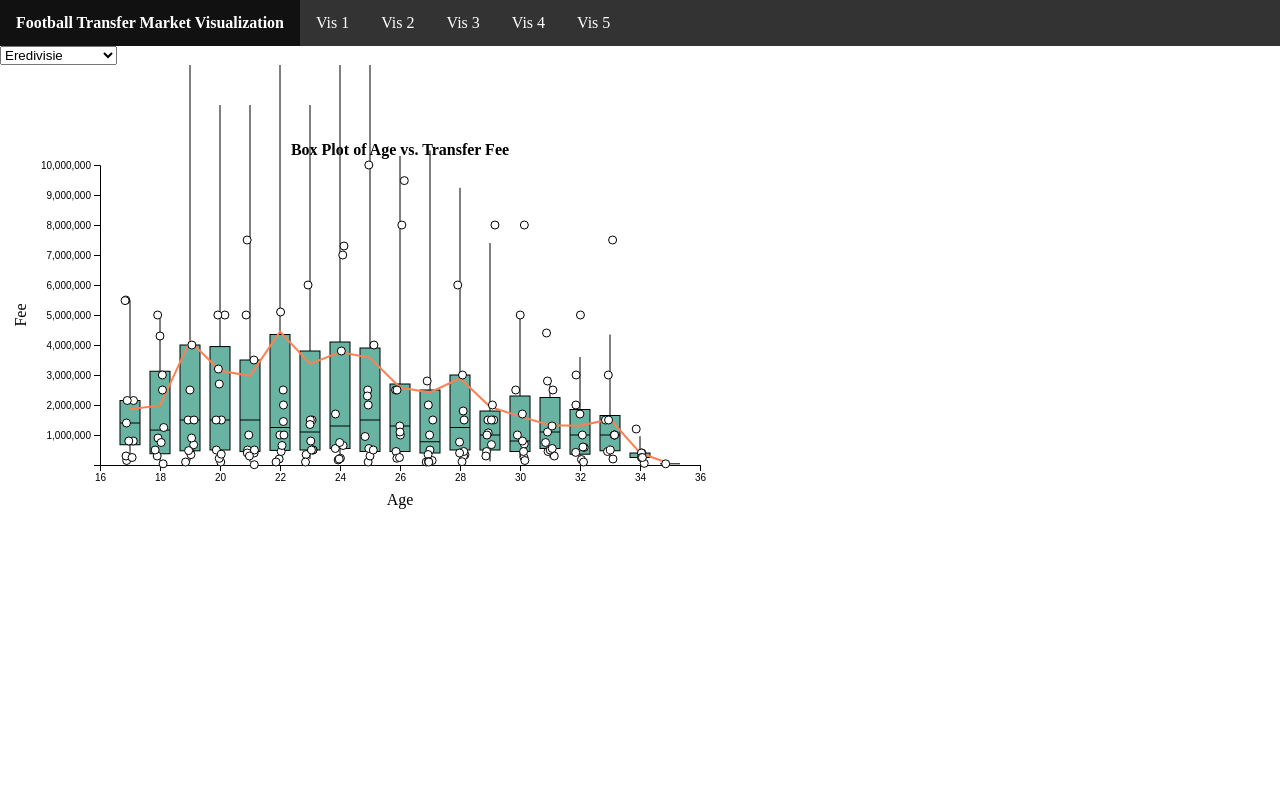
Repository: cedricshan/Football-Transfer-Market-Visualization
Page: dashboard/BoxPlot.html
These files come from the project's save history. The page is drawn as it stood at one moment and after the next save; the edit follows.
The browser window is 1280 px wide. The pictures show the whole page.

Above is the page before, as saved 2023-10-18 22:09:33.

### dashboard/BoxPlot.html
<!DOCTYPE html>
<html lang="en">

<head>
    <meta charset="UTF-8">
    <link rel="stylesheet" href="CSS/main.css">
    <link rel="icon" href="favicon.ico" mce_href="favicon.ico" type="image/x-icon">
    <link rel="shortcut icon" href="favicon.ico" mce_href="favicon.ico" type="image/x-icon">
    <title>Football Transfer Vis</title>
    <script type="text/javascript" src="d3.v7.js"></script>
</head>

<body>
    <ul>
        <li><a href="dashboard.html"><b>Football Transfer Market Visualization</b></a></li>
        <li><a href="network.html">Vis 1</a></li>
        <li><a href="chord.html">Vis 2</a></li>
        <li><a href="Position_interactive.html">Vis 3</a></li>
        <li><a href="LineChart.html">Vis 4</a></li>
        <li><a href="BoxPlot.html">Vis 5</a></li>
    </ul>
    <select id="csv-select">
        <option value="processed_eredivisie.csv">Eredivisie</option>
        <option value="processed_premier-league.csv">Premier League</option>
        <option value="processed_1-bundesliga.csv">Bundesliga</option>
        <option value="processed_liga-nos.csv">Liga Portugal</option>
        <option value="processed_ligue-1.csv">Ligue 1</option>
        <option value="processed_primera-division.csv">LaLiga</option>
        <option value="processed_1-bundesliga.csv">Serie A</option>
    </select>

    <script type="text/javascript" , src="BoxPlot.js"> </script>
</body>

</html>

### dashboard/CSS/main.css
html,
body {
    margin: 0;
    height: 100%;
}
ul {
    list-style-type: none;
    margin: 0;
    padding: 0;
    overflow: hidden;
    background-color: #333;
}

li {
    float: left;
}

li a {
    display: block;
    color: white;
    text-align: center;
    padding: 14px 16px;
    text-decoration: none;
}

li a:hover {
    background-color: #111;
}

#timeline {
    width: 70%;
    margin: auto;
    padding: 20px 0 0 0;
}

.tooltip {
    position: absolute;
    pointer-events: none;
    height: 35px;
    padding: 8px;
    border-radius: 8px;
    background-color: white;
    font-size: .8em;
    text-align: center;
}

#selectContainer {
    position: absolute;
    top: 50;
    left: 0;
    width: 100%;
    background-color: #ffffff;
    /* Background color for the container */
    padding: 10px;
    /* Adjust the padding as needed */
}

### dashboard/BoxPlot.js

var parseDate = d3.timeParse("%B");
const margin = {top: 20, right: 20, bottom: 40, left: 40};
document.getElementById("csv-select").addEventListener("change", function() {
    loadAndVisualizeData(this.value);
});

function loadAndVisualizeData(filename) {

    d3.select("#chartSVG").remove();

    var svg = d3.select('body')
        .append('svg')
        .attr('id', 'chartSVG')
        .attr('height', '100%')
        .attr('width', '100%');

    d3.csv(filename)
    .then(data => {
        return data.map(d => {
            return {
                Fee: Number(d.Fee),
                Age: Number(d.Age)
            };
        });
    })
    .then(processedData => {
        var height = 300;
        var width = 600;
        var maxFee = d3.max(processedData, function (d) { return d.Fee; });
        var minFee = d3.min(processedData, function (d) { return d.Fee; });
        var minAge= d3.min(processedData,function (d) { return d.Age; })
        var maxAge= d3.max(processedData,function (d) { return d.Age; })
        const meanFee = d3.mean(processedData, d => d.Fee);

            // Group data by Age
        const groupedData = d3.group(processedData, d => d.Age);

        // Compute statistics for each group
        const sumstat = Array.from(d3.rollup(
            processedData,
            group => {
                const fees = group.map(d => +d.Fee).sort(d3.ascending);

                const q1 = d3.quantile(fees, 0.25);
                const median = d3.quantile(fees, 0.5);
                const q3 = d3.quantile(fees, 0.75);
                const top = d3.quantile(fees, 0.05);
                const bottom = d3.quantile(fees, 0.95);
                const interQuantileRange = q3 - q1;
                const min = 0;
                const max = q3 + 1.5 * interQuantileRange;
                const avg= d3.mean(fees);
                return { q1, median, q3, interQuantileRange, min, max, avg,top ,bottom };

            },
            d => d.Age
        )).map(([key, value]) => ({ key, value }));

        function selectRandomTenPoints(data) {
            const sampledData = [];
            for (const [age, values] of groupedData) {
                // Filter out values with Fee over 10,000,000
                const filteredValues = values.filter(d => d.Fee <= 10000000);

                const shuffled = [...filteredValues].sort(() => 0.5 - Math.random());
                const selected = shuffled.slice(0, 10);
                sampledData.push(...selected);
            }
            return sampledData;
        }


        const sampleDataForPlotting = selectRandomTenPoints(processedData);

        const sortedData = sumstat.sort((a, b) => d3.ascending(a.key, b.key));

        console.log(sortedData);

        console.log(maxFee);
        console.log(maxAge);
        console.log(minAge);

        const x = d3.scaleLinear()
            .domain([d3.min(processedData, d => d.Age)-1, d3.max(processedData, d => d.Age)+1])
            .range([0, width]);

        const y = d3.scaleLinear()
            .domain([d3.min(processedData, d => d.Fee), 10000000])
            .range([height, 0]);


        var chartGroup=svg
        .append('g')
        .attr('transform','translate(100,100)');

        chartGroup.append("g")
        .attr("transform", `translate(0, ${height})`)
        .call(d3.axisBottom(x));

        chartGroup.append("g")
        .call(d3.axisLeft(y))



        chartGroup.append("text")
            .attr("transform", `translate(${width / 2}, ${height + margin.top + 20})`)
            .style("text-anchor", "middle")
            .text("Age");

        chartGroup.append("text")
            .attr("transform", "rotate(-90)")
            .attr("y", 0 - margin.left-50)
            .attr("x", 0 - (height / 2))
            .attr("dy", "1em")
            .style("text-anchor", "middle")
            .text("Fee");

        chartGroup
            .selectAll("vertLines")
            .data(sumstat)
            .enter()
            .append("line")
            .attr("x1", function(d){return(x(d.key))})
            .attr("x2", function(d){return(x(d.key))})
            .attr("y1", function(d){return(y(d.value.bottom))})
            .attr("y2", function(d){return(y(d.value.top))})
            .attr("stroke", "black")
            .style("width", 40)



        chartGroup
            .selectAll("Lines")
            .data(sumstat)
            .enter()
            .append("line")
            .attr("x1", function(d){return(x(d.key))})
            .attr("x2", function(d){return(x(d.key))})
            .attr("y1", function(d){return(y(d.value.avg))})
            .attr("y2", function(d){return(y(d.value.avg))})
            .attr("stroke", "black")
            .style("width", 40)

        var tooltip = chartGroup.append("g")
        .attr("class", "tooltip")
        .style("display", "none");

        tooltip.append("rect")
            .attr("width", 150)
            .attr("height", 50)
            .attr("fill", "white")
            .style("opacity", 0.8);

        tooltip.append("text")
            .attr("x", 5)
            .attr("dy", "1.2em")
            .style("text-anchor", "start")
            .attr("font-size", "12px")
            .attr("font-family", "sans-serif");

        var boxWidth = 20
        var highlightedBox = chartGroup.select(null);
        chartGroup
            .selectAll("boxes")
            .data(sumstat)
            .enter()
            .append("rect")
                .attr("x", function(d){return(x(d.key)-boxWidth/2)})
                .attr("y", function(d){return(y(d.value.q3))})
                .attr("height", function(d){return(y(d.value.q1)-y(d.value.q3))})
                .attr("width", boxWidth )
                .attr("stroke", "black")
                .style("fill", "#69b3a2")
                .on("click",function(d) {
                    // Recolor the last clicked rect.
                    highlightedBox.style("fill", "#69b3a2")
                    // Color the new one:
                    highlightedBox = d3.select(this);
                    highlightedBox.style("fill","steelblue");
                })
            .on("click", function(event, d) {
                highlightedBox.style("fill", "#69b3a2");

                highlightedBox = d3.select(this);
                highlightedBox.style("fill", "steelblue");

                tooltip
                    .attr("transform", `translate(${x(d.key) + 5}, ${y(d.value.q3) - 50})`)
                    .style("display", null);

                tooltip.select("text")
                    .text(`Age: ${d.key}`)
                    .append("tspan")
                    .attr("x", 5)
                    .attr("dy", "1.2em")
                    .text(`Median Fee: ${d.value.median}`);
                })
            .on("mouseout", function() {
                    tooltip.style("display", "none");
                });

            // Show the median
        chartGroup
        .selectAll("medianLines")
        .data(sumstat)
        .enter()
        .append("line")
            .attr("x1", function(d){return(x(d.key)-boxWidth/2) })
            .attr("x2", function(d){return(x(d.key)+boxWidth/2) })
            .attr("y1", function(d){return(y(d.value.median))})
            .attr("y2", function(d){return(y(d.value.median))})
            .attr("stroke", "black")
            .style("width", 80)

        var avgline=chartGroup.append('g')
            .attr('class','avgline')
            .attr('transform','translate(0,0)');

        var line =d3.line()
            .x(function(d){return x(d.key)})
            .y(function(d){return y(d.value.avg)});

        chartGroup.append('path')
            .attr('d',line(sortedData))
            .attr('stroke','#FF7F50')
            .attr('stroke-width',2)
            .attr('fill','none');

        var jitterWidth = 10
        chartGroup
            .selectAll("indPoints")
            .data(sampleDataForPlotting)
            .enter()
            .append("circle")
            .attr("cx", function(d){return(x(d.Age) - jitterWidth/2 + Math.random()*jitterWidth )})
            .attr("cy", function(d){return(y(d.Fee))})
            .attr("r", 4)
            .style("fill", "white")
            .attr("stroke", "black")


        chartGroup.append("text")
            .attr("transform", `translate(${width / 2}, ${-10})`)
            .style("text-anchor", "middle")
            .style("font-size", "16px")
            .style("font-weight", "bold")
            .text("Box Plot of Age vs. Transfer Fee");



        })
        .catch(error => {
            console.error("Error loading or processing the CSV:", error);
        });
}
loadAndVisualizeData(document.getElementById("csv-select").value);

Loaded but not shown: dashboard/d3.v7.js (library)

After the next save:
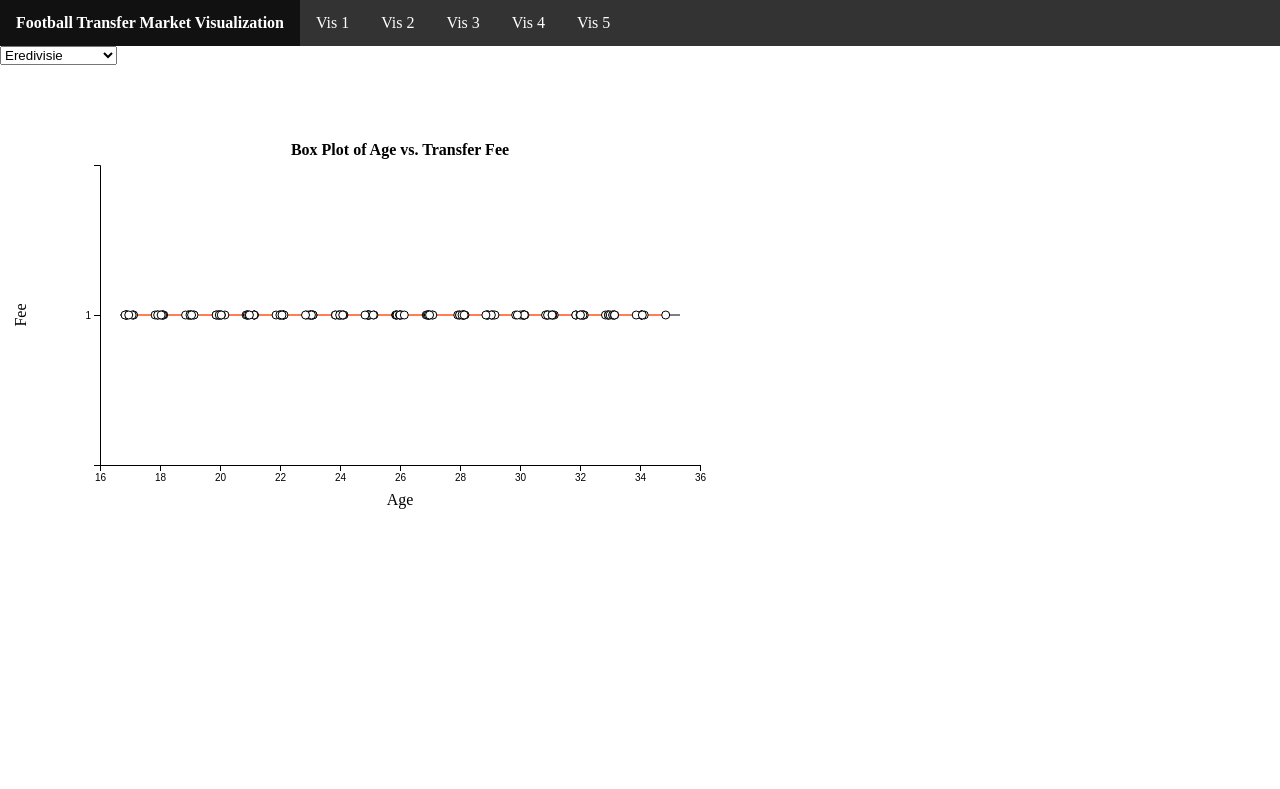
Saved 21 s later.
--- a/dashboard/BoxPlot.js
+++ b/dashboard/BoxPlot.js
@@ -86,7 +86,7 @@ function loadAndVisualizeData(filename) {
             .range([0, width]);
 
         const y = d3.scaleLinear()
-            .domain([d3.min(processedData, d => d.Fee), 10000000])
+            .domain([d3.min(processedData, d => d.Fee), d3.min(processedData, d => d.Fee)])
             .range([height, 0]);
 
 
